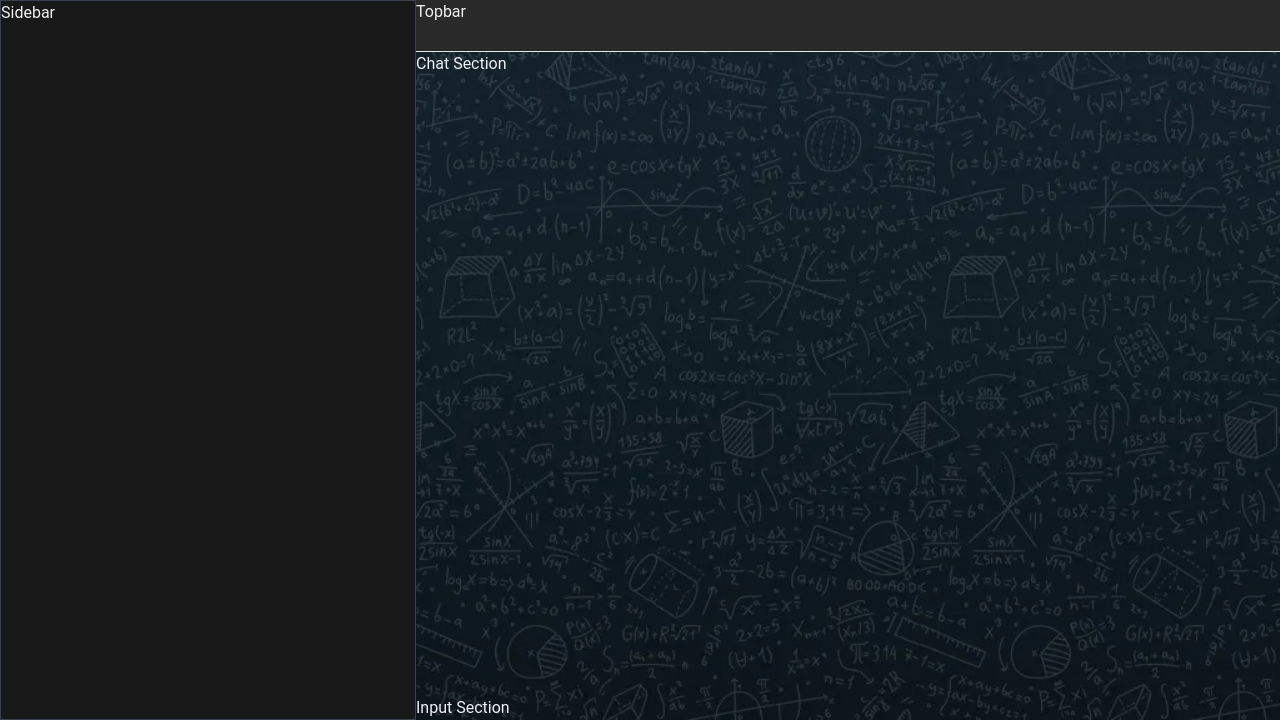
Repository: Qu4ntumGuy/telegram-clone
Page: /
An editor plug-in stored every save of this project. The page is shown before and after the next save, followed by the edit.
The browser window is 1280 px wide. The pictures show the whole page.
The project was rebuilt for these pictures with package versions that can differ from the ones it lists, and the page was loaded fresh each time. Also part of the build but not shown: src/Utils/ContextProvider.js.

Above is the page before, as saved 2024-07-15 11:40:31.

After the next save:
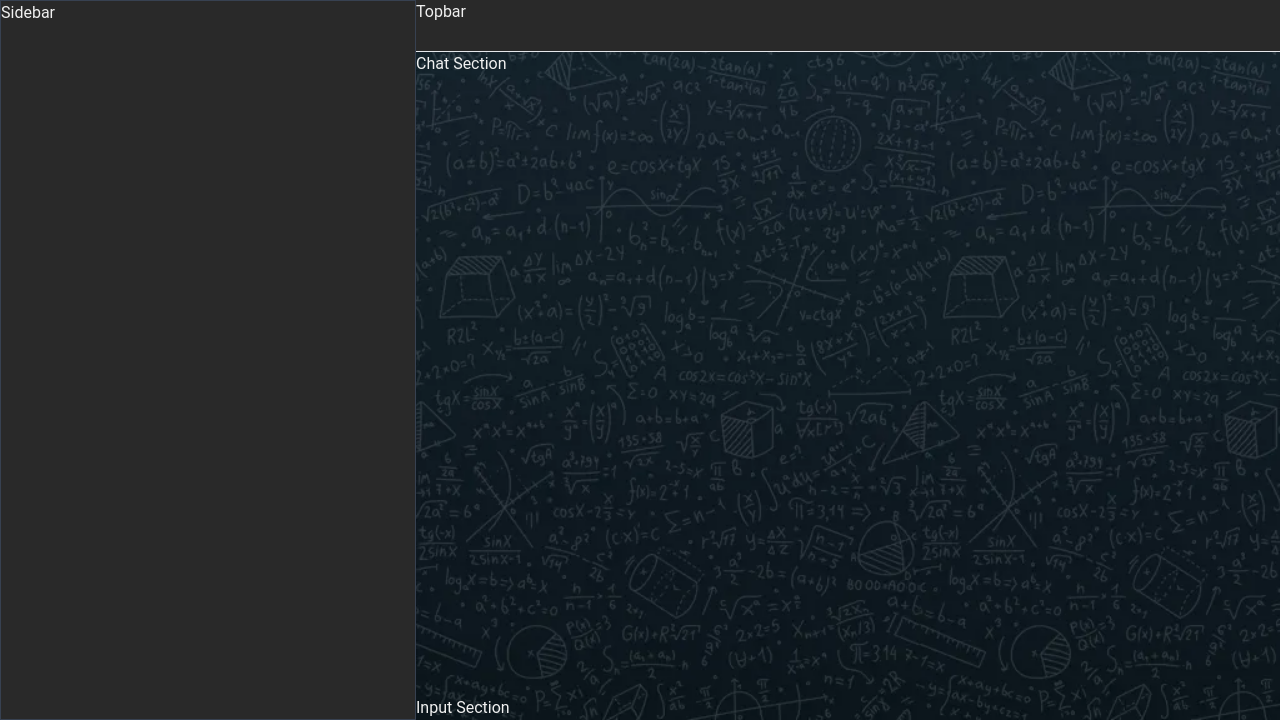
Saved 16 s later.
--- a/src/Components/Sidebar.js
+++ b/src/Components/Sidebar.js
@@ -4,7 +4,7 @@ import { useComponentContext } from "../Utils/ContextProvider";
 function Sidebar() {
   const context = useComponentContext();
   return (
-    <div className="min-w-[26rem] border border-gray-700 bg-[#181818] h-screen">
+    <div className="min-w-[26rem] border border-gray-700 bg-[#292929] h-screen">
       Sidebar
     </div>
   );
